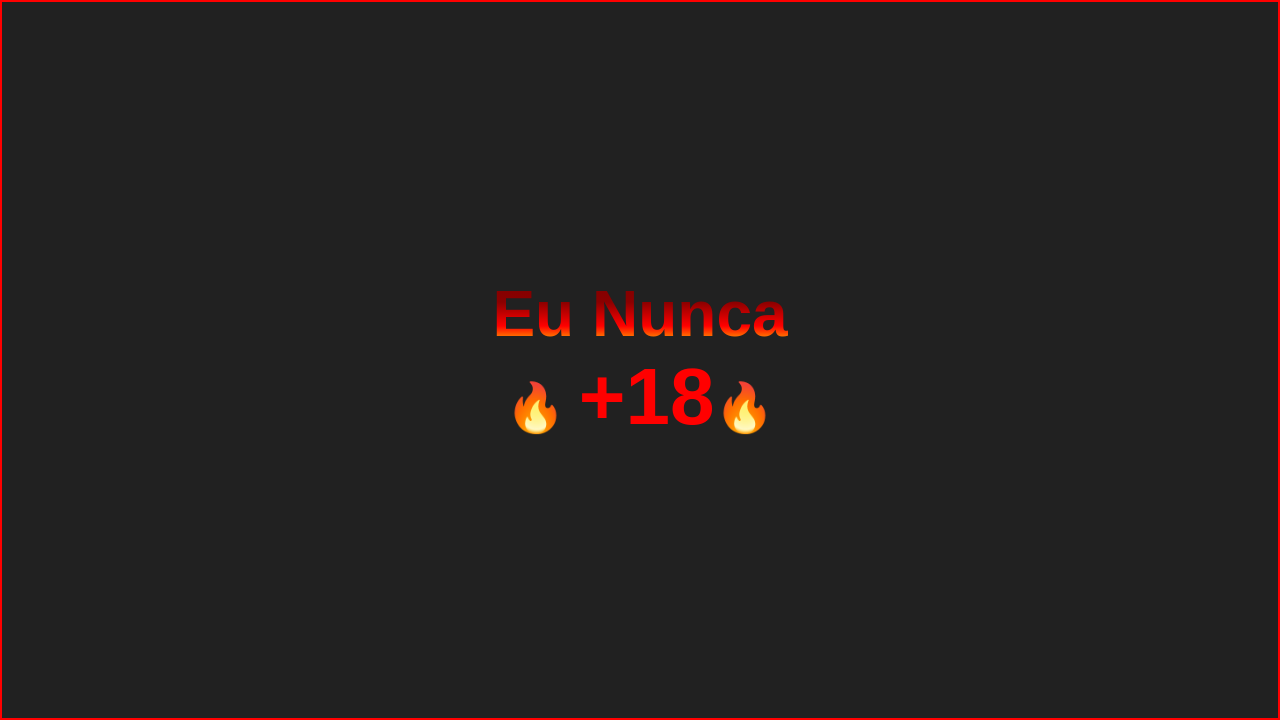
Repository: odiloalmeida/inever
Page: index.html
An editor plug-in stored every save of this project. The page is shown before and after the next save, followed by the edit.
The browser window is 1280 px wide. The pictures show the whole page.

Above is the page before, as saved 2023-01-31 20:32:21.

### index.html
<!DOCTYPE html>
<html lang="en">
<head>
    <meta charset="UTF-8">
    <meta http-equiv="X-UA-Compatible" content="IE=edge">
    <meta name="viewport" content="width=device-width, initial-scale=1.0">
    <link rel="stylesheet" href="./style.css">
    <title>18+ I Never</title>

</head>

<body>
    <button id="myButton" onclick="changeButtonName()"><span>Eu Nunca </span><br> &#128293 <span2>+18</span2>&#128293</button>
</body>

<script>

    function changeButtonName() {
        var button = document.getElementById("myButton");

        var names = ["Beijei alguém dessa turma",
        "Senti atração por alguém dessa turma",
        "Tomei banho pelado na praia/piscina",
        "Fiquei com um professor",
        "Fiquei com um amigo e me arrependi",
        "Fiquei com um amigo e não disse pra ninguém",
        "Menti sobre ter ficado com uma pessoa",
        "Bebi tanto que beijei alguém que não queria",
        "Bebi tanto que esqueci tudo no outro dia",
        "Vi um nudes de alguém dessa turma",
        "Desejei o namorado(a) de um amigo",
        "Fiquei com alguém por interesse",
        "Acelerei o ato sexual por que o oral estava ruim",
        "Bebi pra ter coragem de chegar numa pessoa",
        "Transei na escola ou faculdade",
        "Transei no chão",
        "Fiz sexo oral enquanto a pessoa trabalhava",
        "Fiz sexo oral enquanto a pessoa dirigia",
        "Usei fantasias sexuais",
        "Usei plug anal",
        "Usei um vibrador",
        "Fiquei com alguém depois neguei pra todo mundo",
        "Disse pra uma pessoa que a amava sem amar",
        "Transei no carro",
        "Broxei no meio do ato sexual",
        "Desisti de ficar com uma pessoa por que ela estava fedendo",
        "Fui chupar e estava fedendo muito e desisti",
        "Me masturbei depois do ato sexual por que não conseguir “chegar lá” com o parceiro",
        "Fiquei com dois amigos ao mesmo tempo sem eles saberem",
        "Parei o ato sexual para ir fazer xixi",
        "Fiz a chuca",
        "Transei na rua",
        "Paguei por sexo",
        "Fiz sexo por dinheiro",
        "Dei um beijo triplo",
        "Voltaria com um ex",
        "Fiquei com uma pessoa em um lugar e logo em seguida fui para outro lugar ficar com outra (trocar palavras)",
        "Tirei fotos pelado(a)",
        "Fiquei com alguém para fazer ciúme a outro",
        "Sofri por amor",
        "Sofri por ficante",
        "Espiei alguém tomando banho",
        "Tomei banho com alguém",
        "Enfiei o dedo no orifício de alguém (kkkk)"

        ];

        var randomName = names[Math.floor(Math.random() * names.length)];
        button.innerHTML = randomName;
    }

</script>

</html>

### style.css
* {
    padding: 0;
    margin: 0;
    box-sizing: border-box;
}

body {
    width: 100vw;
    height: 100vh;
    background-color: #212121;
    display: flex;
    flex-direction: column;
    align-items: center;
    justify-content: center;
}

button {
    background-color: transparent;
    height: 100vh;
    width: 100vw;
    border: red 2px solid;
    color: #f1f1f1;
    font-weight: bold;
    font-size: 3rem;
    padding: 5px;
}

button span {
    background-image: linear-gradient(to bottom,#800000,#8B0000, red, yellow);
    background-clip: text;
    -webkit-background-clip: text;
    -webkit-text-fill-color: transparent;
color: black;
    font-size: 4rem;
}

button span2 {
    color: red;
    font-size: 5rem;
}

After the next save:
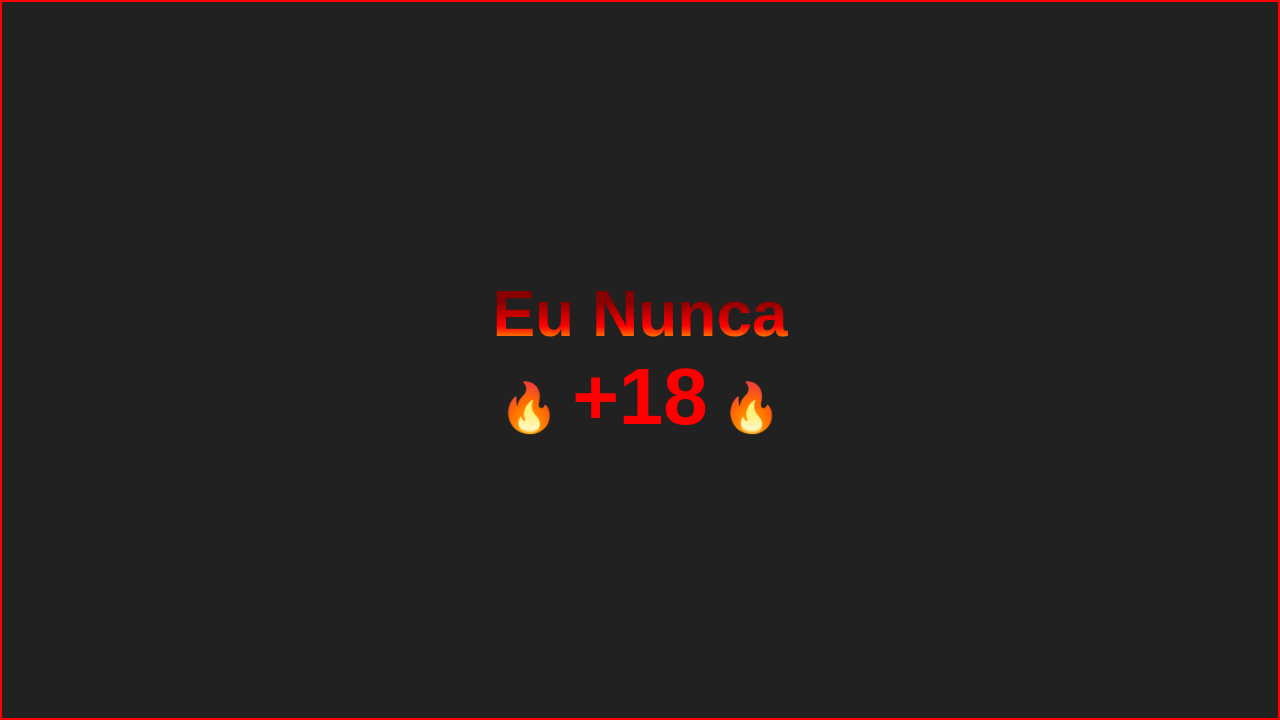
Saved 37 s later.
--- a/index.html
+++ b/index.html
@@ -10,7 +10,13 @@
 </head>
 
 <body>
-    <button id="myButton" onclick="changeButtonName()"><span>Eu Nunca </span><br> &#128293 <span2>+18</span2>&#128293</button>
+    <button id="myButton" onclick="changeButtonName()">
+        <span>Eu Nunca </span>
+        <br>
+        &#128293
+        <span2>+18</span2>
+        &#128293
+    </button>
 </body>
 
 <script>
